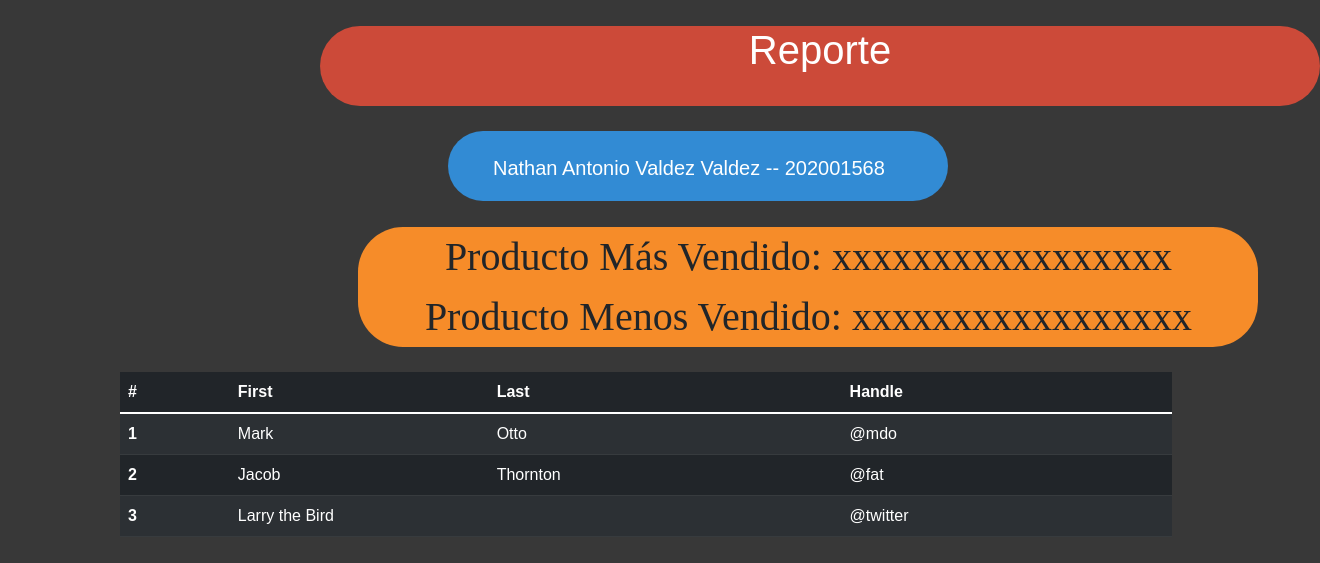
Repository: nathanvdev/LFP_PR_202001568
Page: plantilla.html
An editor plug-in stored every save of this project. The page is shown before and after the next save, followed by the edit.
The browser window is 1280 px wide. The page is 1320 px wide, so the pictures cover 1320 px, including what lies to the right of the window. The pictures show the whole page.

Above is the page before, as saved 2022-02-19 19:21:56.

After the next save:
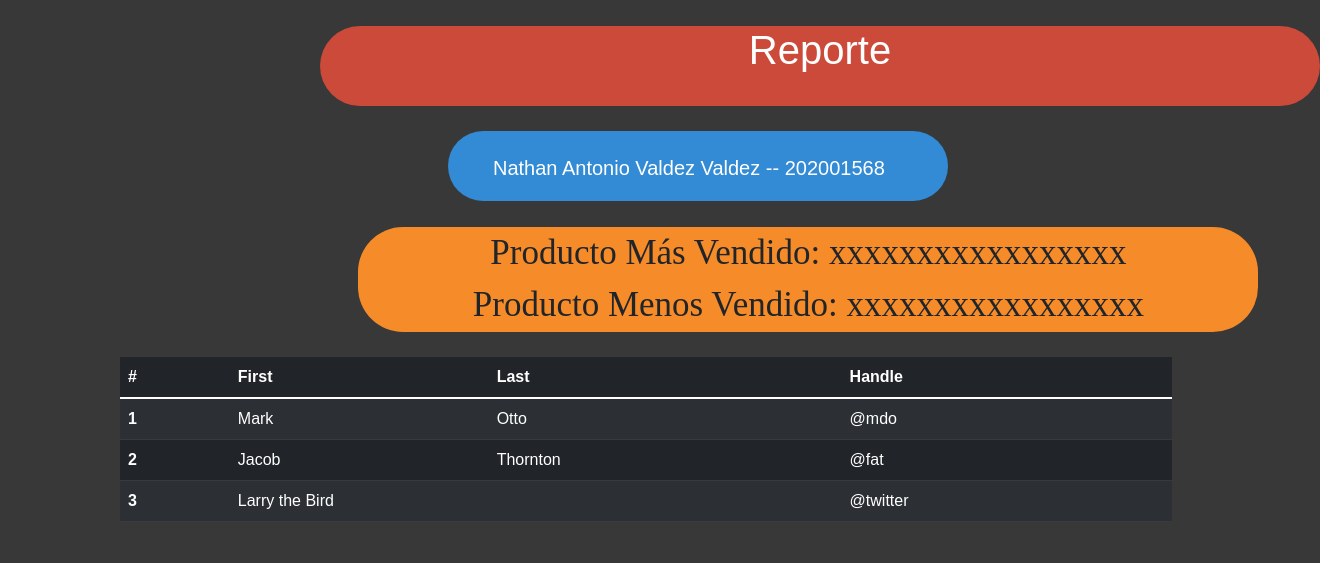
Saved 4 s later.
--- a/plantilla.html
+++ b/plantilla.html
@@ -52,7 +52,7 @@
         text-align: center;
     }
     .productos{
-        font-size: 40px;
+        font-size: 35px;
         font-family: 'Times New Roman', Times, serif;
 
     }
